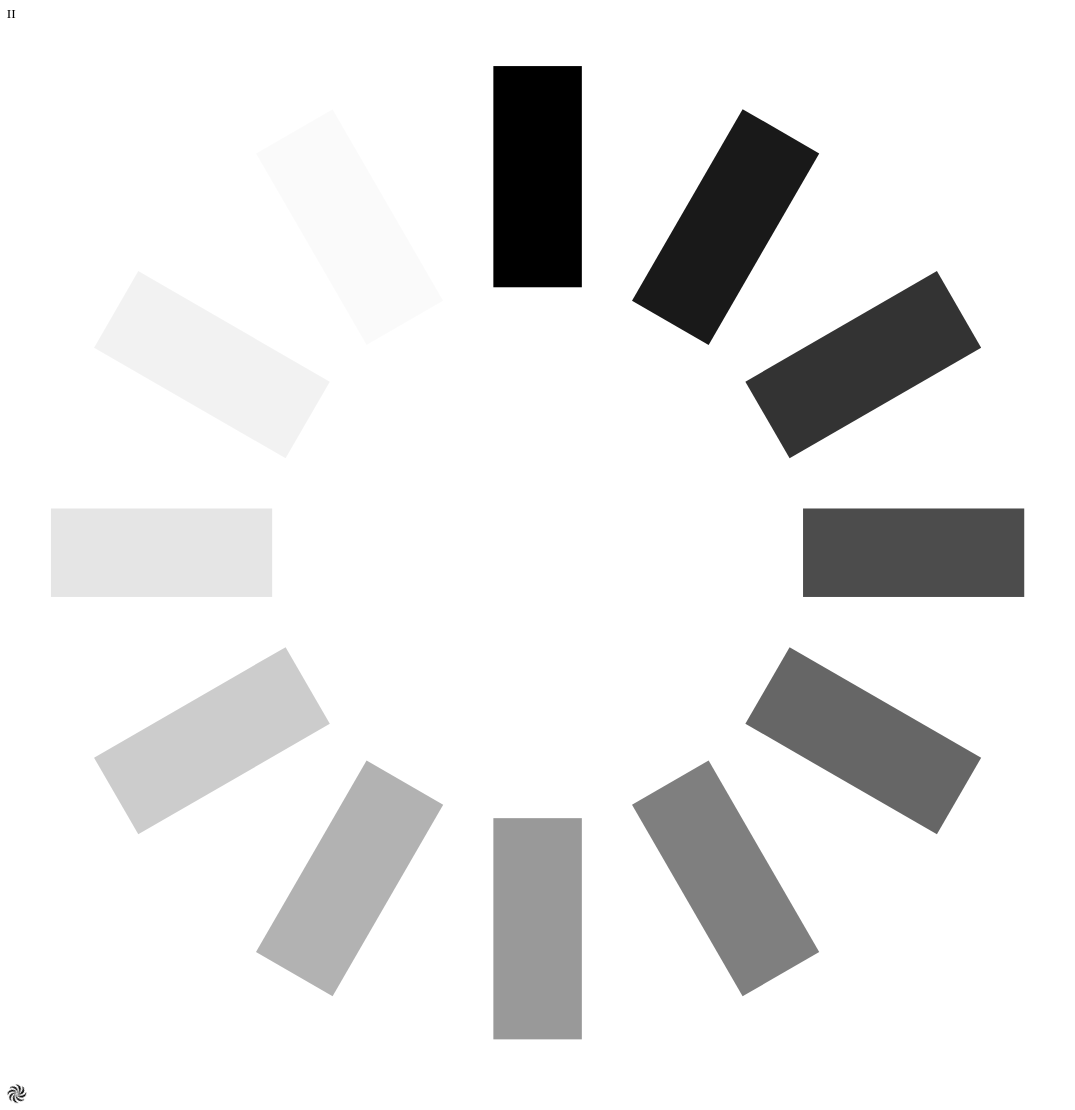
Repository: programarreza/inventory-order-management-client
Page: app/(common-layout)/navbar/demo.html
The author's editor kept a copy of each file at every save. The page is drawn from the files as they stood at one save, then again after the next save.
The browser window is 1280 px wide. The pictures show the whole page, at 84% of full size.

Above is the page before, as saved 2025-08-25 20:21:09.

After the next save:
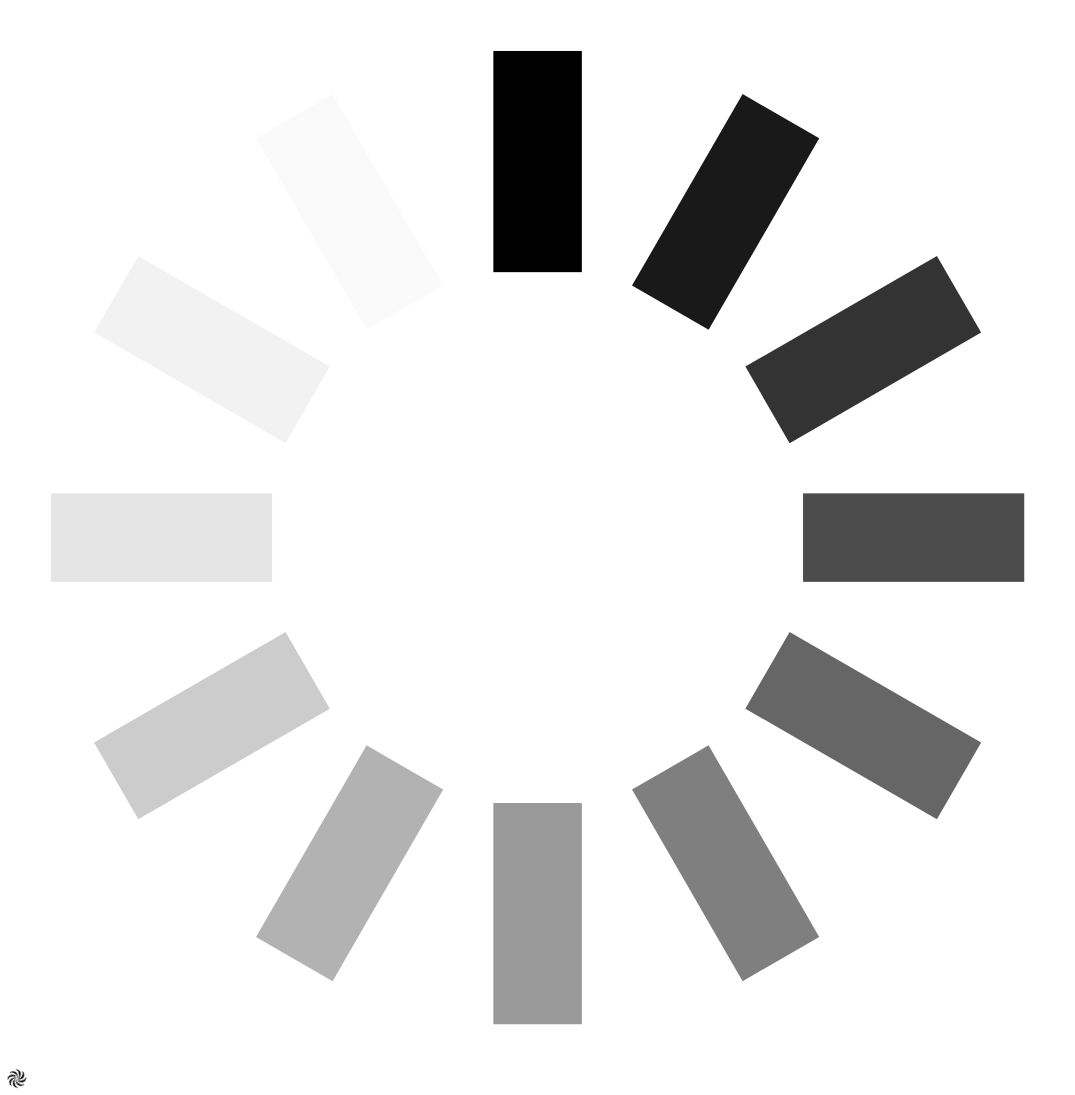
Saved 5 min 35 s later.
--- a/app/(common-layout)/navbar/demo.html
+++ b/app/(common-layout)/navbar/demo.html
@@ -1,4 +1,4 @@
-II<svg class="w-8 h-8 text-orange-600 animate-spin" viewBox="0 0 24 24" fill="currentColor">
+<svg class="w-8 h-8 text-orange-600 animate-spin" viewBox="0 0 24 24" fill="currentColor">
     <rect x="11" y="1" width="2" height="5" opacity="1" />
     <rect x="11" y="1" width="2" height="5" transform="rotate(30 12 12)" opacity="0.9" />
     <rect x="11" y="1" width="2" height="5" transform="rotate(60 12 12)" opacity="0.8" />
